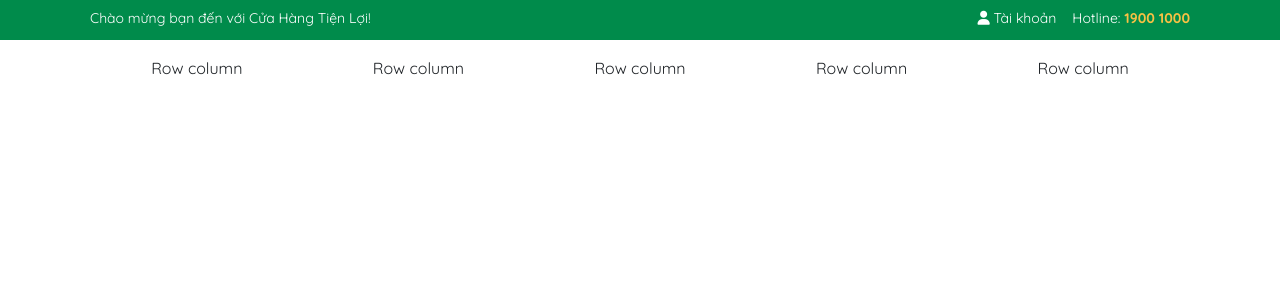
Repository: PAnhDuc/food.demo
Page: index.html
These files come from the project's save history. The page is drawn as it stood at one moment and after a run of saves; the edit follows.
The browser window is 1280 px wide. The pictures show the whole page.
Some web libraries are served in a nearby version.

Above is the page before, as saved 2024-11-13 19:56:53.

After the next 3 saves:
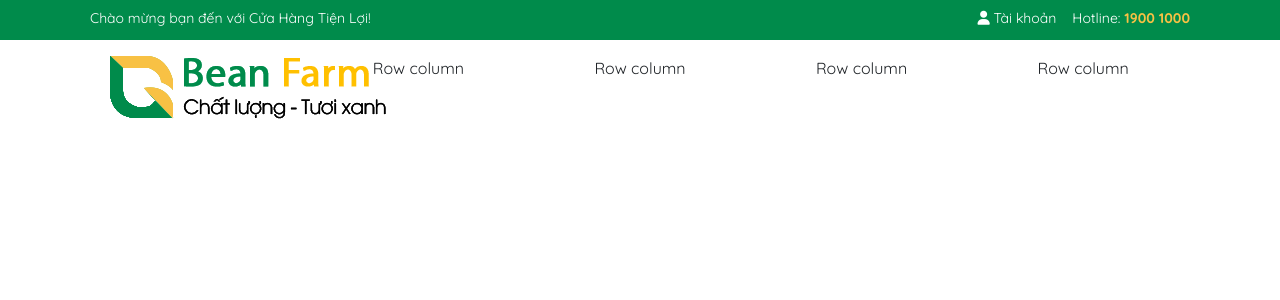
The 3 saves are shown as one change because they came seconds apart.
The last was saved 33 s later.
--- a/index.html
+++ b/index.html
@@ -38,7 +38,9 @@
                 <div class="container text-center">
                     <div class="row row-cols-2 row-cols-lg-5 g-2 g-lg-3">
                       <div class="col">
-                        <div class="p-3">Row column</div>
+                        <div class="p-3">
+                            <img src="./img/logo.webp" alt="">
+                        </div>
                       </div>
                       <div class="col">
                         <div class="p-3">Row column</div>
